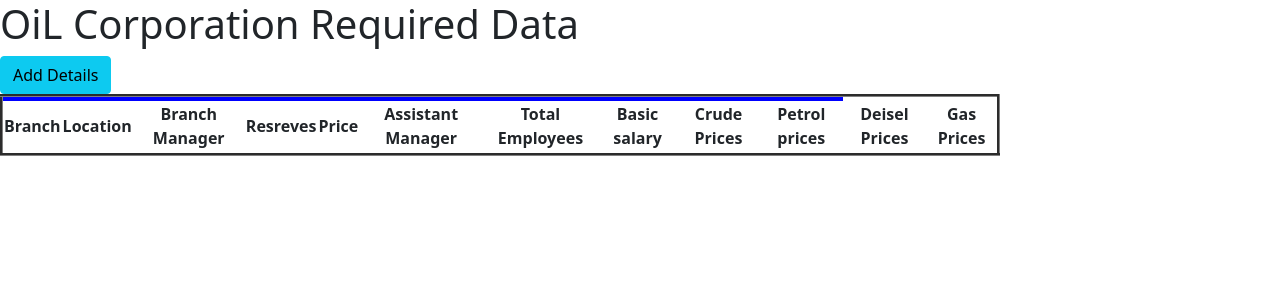
Repository: veerrajuMareddi/demo
Page: http://localhost/OilCorporation/views/unique.jsp
The author's editor kept a copy of each file at every save. The page is drawn from the files as they stood at one save, then again after the next save.
The browser window is 1280 px wide. The pictures show the whole page.
The page is served by Tomcat 9. The template is opened directly, without the code that normally fills it, so the values that code supplies are empty.

Above is the page before, as saved 2022-05-03 13:39:08.

After the next save:
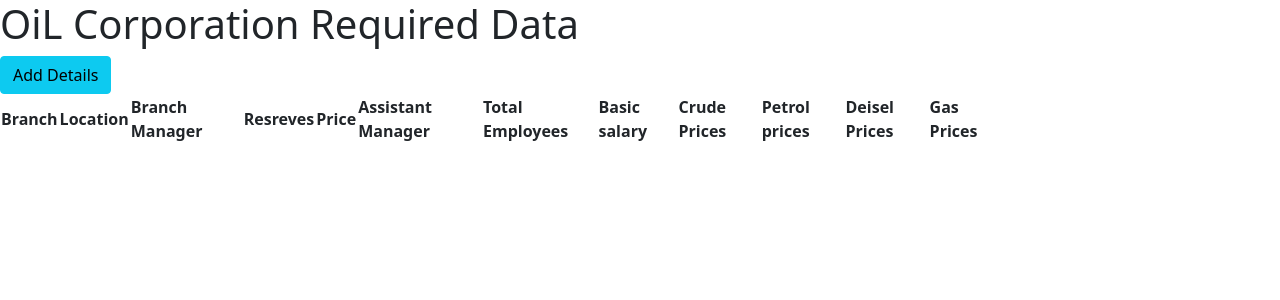
Saved 25 s later.
--- a/OilCorporation/src/main/webapp/views/unique.jsp
+++ b/OilCorporation/src/main/webapp/views/unique.jsp
@@ -31,10 +31,7 @@ pageEncoding="ISO-8859-1"%>
 <br>
 <table style="width:1000px" style="text-align:center">
                 <tr style="text-align:center">
-<table border="3" width=1000 style="text-align:center">
- <TR>
-  <TD colspan="10" bgcolor="blue" height="5"></TD>
-  </TR>
+
 
 <tr>
 <center>
